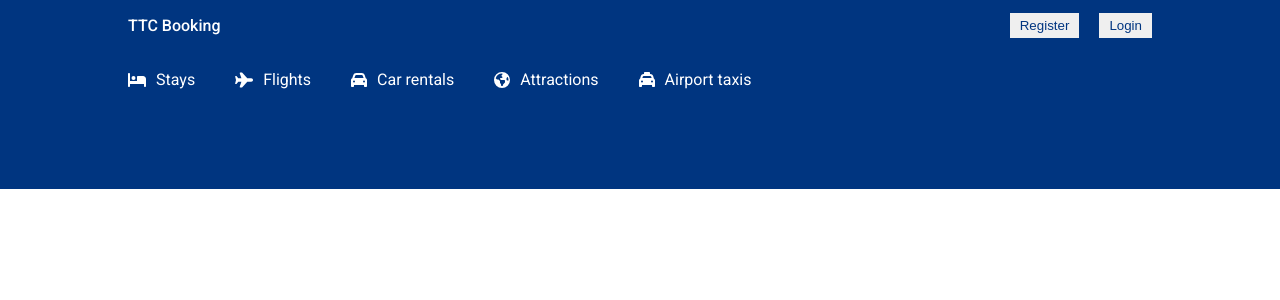
Repository: CarsonDev1/booking-app
Page: /
The author's editor kept a copy of each file at every save. The page is drawn from the files as they stood at one save, then again after the next save.
The browser window is 1280 px wide. The pictures show the whole page.
The project was rebuilt for these pictures with package versions that can differ from the ones it lists, and the page was loaded fresh each time. Also part of the build but not shown: src/pages/home/home.css, src/pages/hotel/Hotel.jsx, src/pages/list/List.jsx.

Above is the page before, as saved 2022-12-03 00:42:54.

### public/index.html
<!DOCTYPE html>
<html lang="en">

<head>
  <meta charset="utf-8" />
  <link rel="icon" href="%PUBLIC_URL%/favicon.ico" />
  <meta name="viewport" content="width=device-width, initial-scale=1" />
  <meta name="theme-color" content="#000000" />
  <meta name="description" content="Web site created using create-react-app" />
  <link rel="apple-touch-icon" href="%PUBLIC_URL%/logo192.png" />
  <!--
      manifest.json provides metadata used when your web app is installed on a
      user's mobile device or desktop. See https://developers.google.com/web/fundamentals/web-app-manifest/
    -->
  <link rel="manifest" href="%PUBLIC_URL%/manifest.json" />
  <link rel="preconnect" href="https://fonts.googleapis.com">
  <link rel="preconnect" href="https://fonts.gstatic.com" crossorigin>
  <link
    href="https://fonts.googleapis.com/css2?family=Poppins:ital,wght@0,400;0,500;0,600;0,700;0,800;1,400;1,500;1,600;1,700&family=Roboto:ital,wght@0,300;0,400;0,500;0,700;1,300;1,400;1,500;1,700&display=swap"
    rel="stylesheet">
  <!--
      Notice the use of %PUBLIC_URL% in the tags above.
      It will be replaced with the URL of the `public` folder during the build.
      Only files inside the `public` folder can be referenced from the HTML.

      Unlike "/favicon.ico" or "favicon.ico", "%PUBLIC_URL%/favicon.ico" will
      work correctly both with client-side routing and a non-root public URL.
      Learn how to configure a non-root public URL by running `npm run build`.
    -->
  <title>React App</title>
</head>

<body>
  <noscript>You need to enable JavaScript to run this app.</noscript>
  <div id="root"></div>
  <!--
      This HTML file is a template.
      If you open it directly in the browser, you will see an empty page.

      You can add webfonts, meta tags, or analytics to this file.
      The build step will place the bundled scripts into the <body> tag.

      To begin the development, run `npm start` or `yarn start`.
      To create a production bundle, use `npm run build` or `yarn build`.
    -->
</body>

</html>

### src/index.css
body {
	margin: 0;
	padding: 0;
	box-sizing: border-box;
	font-family: "Roboto", sans-serif;
}

### src/App.js
import { BrowserRouter, Routes, Route } from "react-router-dom";
import Home from "./pages/home/Home";
import Hotel from "./pages/hotel/Hotel";
import List from "./pages/list/List";
function App() {
	return (
		<BrowserRouter>
			<Routes>
				<Route path="/" element={<Home />} />
				<Route path="/hotels" element={<List />} />
				<Route path="/hotels/:id" element={<Hotel />} />
			</Routes>
		</BrowserRouter>
	);
}

export default App;

### src/pages/home/Home.jsx
import Header from "../../components/header/Header";
import Navbar from "../../components/navbar/Navbar";
import "./home.css";

const Home = () => {
	return (
		<div>
			<Navbar />
			<Header />
		</div>
	);
};

export default Home;

### src/components/header/Header.jsx
import {
	faBed,
	faCar,
	faEarth,
	faMountain,
	faPlane,
	faTaxi,
} from "@fortawesome/free-solid-svg-icons";
import { FontAwesomeIcon } from "@fortawesome/react-fontawesome";
import "./header.css";

const Header = () => {
	return (
		<div className="header">
			<div className="headerContainer">
				<div className="headerList">
					<div className="headerListItem active">
						<FontAwesomeIcon icon={faBed} />
						<span>Stays</span>
					</div>
					<div className="headerListItem">
						<FontAwesomeIcon icon={faPlane} />
						<span>Flights</span>
					</div>
					<div className="headerListItem">
						<FontAwesomeIcon icon={faCar} />
						<span>Car rentals</span>
					</div>
					<div className="headerListItem">
						<FontAwesomeIcon icon={faEarth} />
						<span>Attractions</span>
					</div>
					<div className="headerListItem">
						<FontAwesomeIcon icon={faTaxi} />
						<span>Airport taxis</span>
					</div>
				</div>
			</div>
		</div>
	);
};

export default Header;

### src/components/navbar/Navbar.jsx
import "./navbar.css";

const NavBar = () => {
	return (
		<div className="navbar">
			<div className="navContainer">
				<span className="logo">TTC Booking</span>
				<div className="navItems">
					<button className="navButton">Register</button>
					<button className="navButton">Login</button>
				</div>
			</div>
		</div>
	);
};

export default NavBar;

### src/components/header/header.css
.header {
	background-color: #003580;
	color: white;
	display: flex;
	justify-content: center;
}
.headerContainer {
	width: 100%;
	max-width: 1024px;
	margin: 20px 0px 100px 0px;
}
.headerList {
	display: flex;
	gap: 40px;
}
.headerListItem {
	display: flex;
	align-items: center;
	gap: 10px;
}

### src/components/navbar/navbar.css
.navbar {
	height: 50px;
	background-color: #003580;
	display: flex;
	justify-content: center;
}
.navContainer {
	width: 100%;
	max-width: 1024px;
	color: white;
	display: flex;
	align-items: center;
	justify-content: space-between;
}
.logo {
	font-weight: 500;
}
.navButton {
	margin-left: 20px;
	border: none;
	padding: 5px 10px;
	cursor: pointer;
	color: #003580;
}

Loaded but not shown: src/index.js (common file)

After the next save:
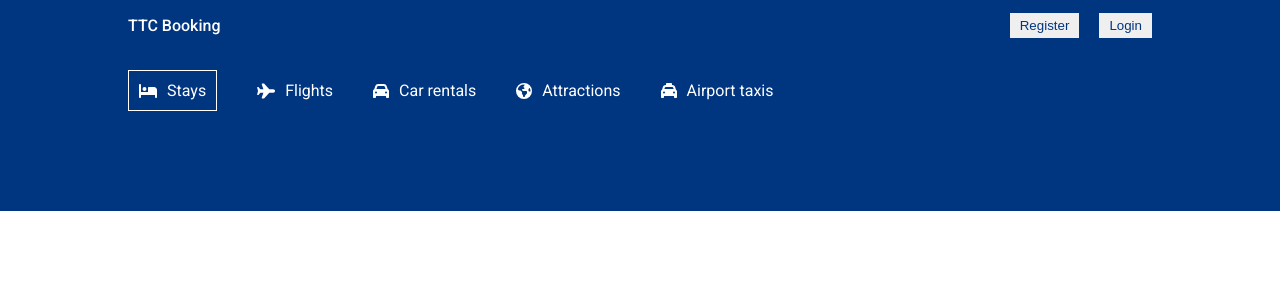
Saved 27 s later.
--- a/src/components/header/header.css
+++ b/src/components/header/header.css
@@ -18,3 +18,7 @@
 	align-items: center;
 	gap: 10px;
 }
+.headerListItem.active {
+	border: 1px solid white;
+	padding: 10px;
+}
